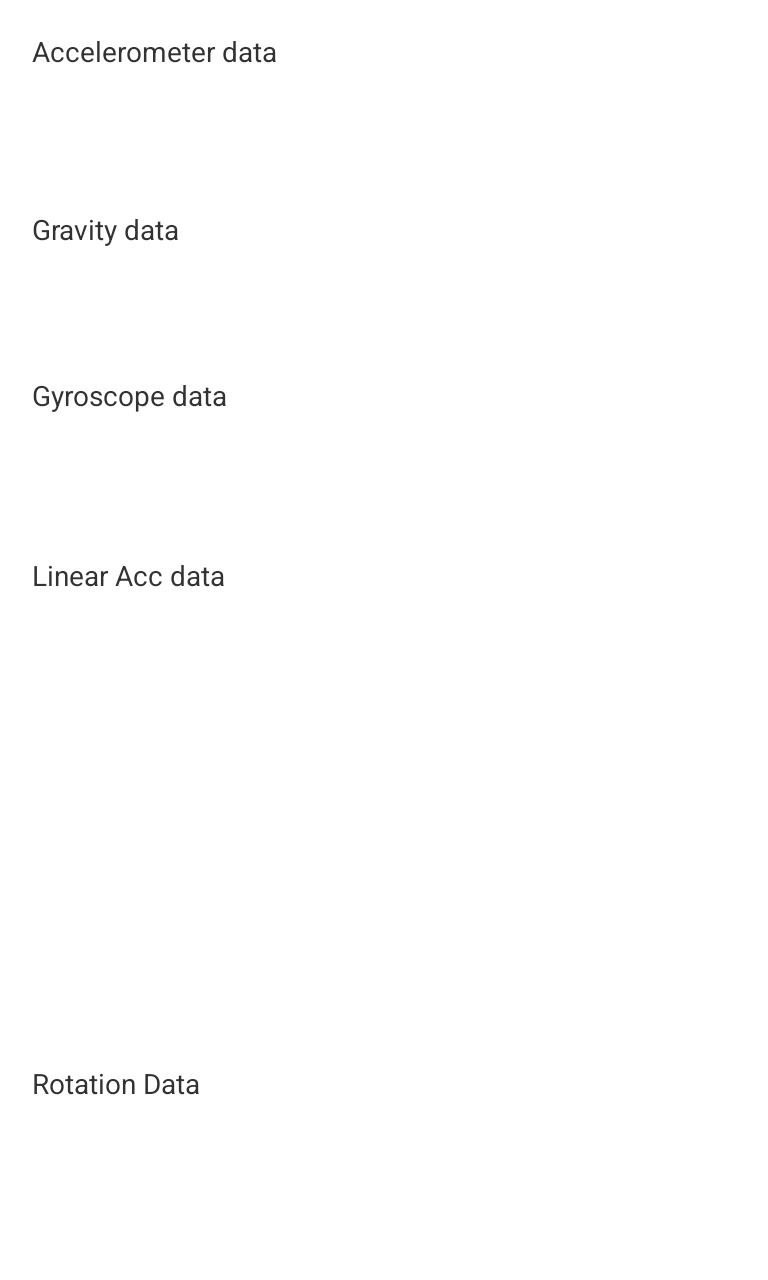
Repository: anubhavchaturvedi/MotionDroid
Layout: MotionDroid_Server/res/layout/activity_main.xml
These files come from the project's save history. The layout is drawn as it stood at one moment and after the next save; the edit follows.
It is drawn on a 768 x 1280 px phone screen (xhdpi) without system bars, with theme AppTheme; the app's code is not run.

Above is the layout before, as saved 2014-03-16 07:08:04.

### MotionDroid_Server/res/layout/activity_main.xml
<RelativeLayout xmlns:android="http://schemas.android.com/apk/res/android"
    xmlns:tools="http://schemas.android.com/tools"
    android:id="@+id/layout1"
    android:layout_width="match_parent"
    android:layout_height="match_parent"
    android:paddingBottom="@dimen/activity_vertical_margin"
    android:paddingLeft="@dimen/activity_horizontal_margin"
    android:paddingRight="@dimen/activity_horizontal_margin"
    android:paddingTop="@dimen/activity_vertical_margin"
    tools:context=".MainActivity" >

    <TextView
        android:id="@+id/data_accelerometer"
        android:layout_width="wrap_content"
        android:layout_height="wrap_content"
        android:layout_alignParentLeft="true"
        android:layout_alignParentRight="true"
        android:text="Accelerometer data" />

    <TextView
        android:id="@+id/data_gyroscope"
        android:layout_width="wrap_content"
        android:layout_height="wrap_content"
        android:layout_alignLeft="@+id/data_gravity"
        android:layout_alignRight="@+id/data_gravity"
        android:layout_below="@+id/data_gravity"
        android:layout_marginTop="64dp"
        android:text="Gyroscope data" />

    <TextView
        android:id="@+id/data_gravity"
        android:layout_width="wrap_content"
        android:layout_height="wrap_content"
        android:layout_alignLeft="@+id/data_accelerometer"
        android:layout_alignRight="@+id/data_accelerometer"
        android:layout_below="@+id/data_accelerometer"
        android:layout_marginTop="70dp"
        android:text="Gravity data" />

    <TextView
        android:id="@+id/data_linear_acceleration"
        android:layout_width="wrap_content"
        android:layout_height="wrap_content"
        android:layout_alignLeft="@+id/data_gyroscope"
        android:layout_alignRight="@+id/data_gyroscope"
        android:layout_below="@+id/data_gyroscope"
        android:layout_marginTop="71dp"
        android:text="Linear Acc data" />

    <TextView
        android:id="@+id/data_rotation_vector"
        android:layout_width="wrap_content"
        android:layout_height="wrap_content"
        android:layout_alignLeft="@+id/data_linear_acceleration"
        android:layout_alignParentBottom="true"
        android:layout_alignRight="@+id/data_linear_acceleration"
        android:layout_marginBottom="73dp"
        android:text="Rotation Data" />

</RelativeLayout>

Loaded but not shown: MotionDroid_Server/res/values/styles.xml (common file); MotionDroid_Server/res/values-v11/styles.xml (common file); MotionDroid_Server/res/values-v14/styles.xml (common file); MotionDroid_Server/res/values/dimens.xml (common file)

After the next save:
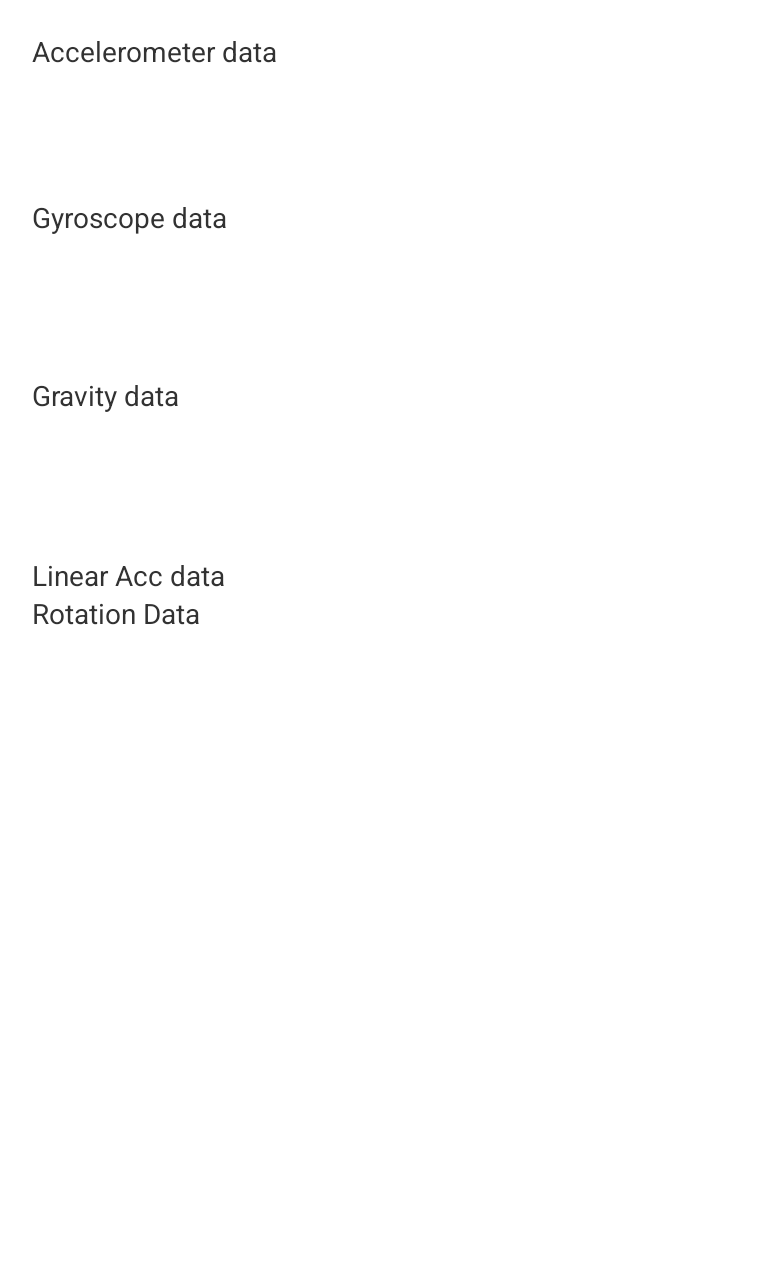
Saved 11 s later.
--- a/MotionDroid_Server/res/layout/activity_main.xml
+++ b/MotionDroid_Server/res/layout/activity_main.xml
@@ -1,8 +1,9 @@
-<RelativeLayout xmlns:android="http://schemas.android.com/apk/res/android"
+<LinearLayout xmlns:android="http://schemas.android.com/apk/res/android"
     xmlns:tools="http://schemas.android.com/tools"
     android:id="@+id/layout1"
     android:layout_width="match_parent"
     android:layout_height="match_parent"
+    android:orientation="vertical"
     android:paddingBottom="@dimen/activity_vertical_margin"
     android:paddingLeft="@dimen/activity_horizontal_margin"
     android:paddingRight="@dimen/activity_horizontal_margin"
@@ -13,17 +14,12 @@
         android:id="@+id/data_accelerometer"
         android:layout_width="wrap_content"
         android:layout_height="wrap_content"
-        android:layout_alignParentLeft="true"
-        android:layout_alignParentRight="true"
         android:text="Accelerometer data" />
 
     <TextView
         android:id="@+id/data_gyroscope"
         android:layout_width="wrap_content"
         android:layout_height="wrap_content"
-        android:layout_alignLeft="@+id/data_gravity"
-        android:layout_alignRight="@+id/data_gravity"
-        android:layout_below="@+id/data_gravity"
         android:layout_marginTop="64dp"
         android:text="Gyroscope data" />
 
@@ -31,9 +27,6 @@
         android:id="@+id/data_gravity"
         android:layout_width="wrap_content"
         android:layout_height="wrap_content"
-        android:layout_alignLeft="@+id/data_accelerometer"
-        android:layout_alignRight="@+id/data_accelerometer"
-        android:layout_below="@+id/data_accelerometer"
         android:layout_marginTop="70dp"
         android:text="Gravity data" />
 
@@ -41,9 +34,6 @@
         android:id="@+id/data_linear_acceleration"
         android:layout_width="wrap_content"
         android:layout_height="wrap_content"
-        android:layout_alignLeft="@+id/data_gyroscope"
-        android:layout_alignRight="@+id/data_gyroscope"
-        android:layout_below="@+id/data_gyroscope"
         android:layout_marginTop="71dp"
         android:text="Linear Acc data" />
 
@@ -51,10 +41,7 @@
         android:id="@+id/data_rotation_vector"
         android:layout_width="wrap_content"
         android:layout_height="wrap_content"
-        android:layout_alignLeft="@+id/data_linear_acceleration"
-        android:layout_alignParentBottom="true"
-        android:layout_alignRight="@+id/data_linear_acceleration"
         android:layout_marginBottom="73dp"
         android:text="Rotation Data" />
 
-</RelativeLayout>
+</LinearLayout>
